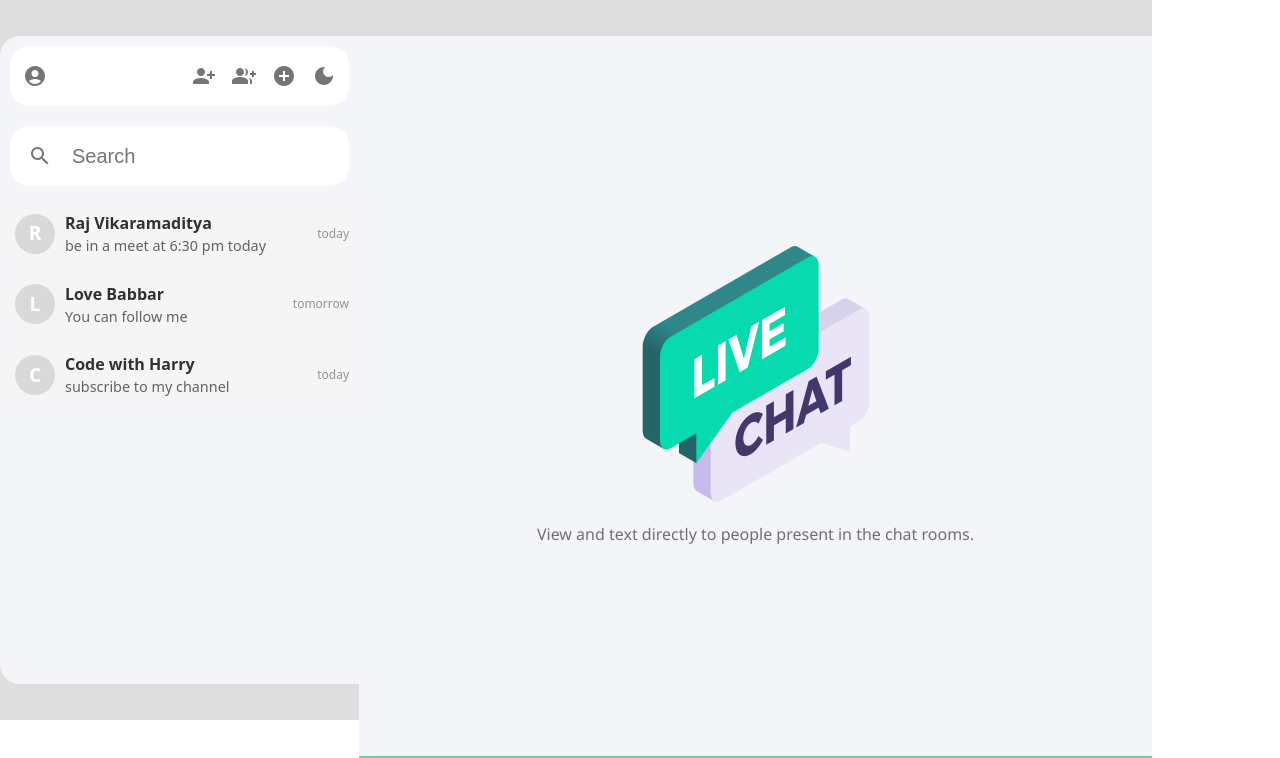
Repository: rahul-chakradhari/chat_app
Page: /
These files come from the project's save history. The page is drawn as it stood at one moment and after the next save; the edit follows.
The browser window is 1280 px wide. The pictures show the whole page.
The project was rebuilt for these pictures with package versions that can differ from the ones it lists, and the page was loaded fresh each time. Also part of the build but not shown: vite.config.js, src/components/Messagebyme.jsx, src/components/Messagebyothers.jsx, src/components/Chatarea.jsx.

Above is the page before, as saved 2025-02-28 19:05:28.

### index.html
<!DOCTYPE html>
<html lang="en">
  <head>
    <meta charset="UTF-8" />
    <link rel="icon" href="./live-chat.png" />

    <meta name="viewport" content="width=device-width, initial-scale=1.0" />
    <title>Vite + React</title>
  </head>
  <body>
    <div id="root"></div>
    <script type="module" src="/src/main.jsx"></script>
  </body>
</html>

### src/App.jsx
import "./App.css";
import Maincontainer from "./components/Maincontainer";

function App() {
  return (
    <div className="App">
      <Maincontainer />
    </div>
  );
}

export default App;

### src/App.css
* {
  margin: 0;
}
.App {
  background-color: #dddedd;
  min-height: 100vh;
  display: flex;
  justify-content: center;
  align-items: center;
}

### src/components/Maincontainer.jsx
import "./Mystyles.css";
import Sidebar from "./Sidebar";
import Chatarea from "./Chatarea";
import Welcome from "./Welcome";

const Maincontainer = () => {
  return (
    <div className="main">
      <Sidebar />
      <Welcome />
      {/*<Chatarea />*/}
    </div>
  );
};

export default Maincontainer;

### src/components/Mystyles.css
.main {
  background-color: #f4f5f8;
  height: 90vh;
  width: 90vw;
  display: flex;
  border-radius: 20px;
}
.side {
  flex: 0.3;
  display: flex;
  flex-direction: column;
}
.chat {
  background-color: aliceblue;
  flex: 0.7;
}
.headers {
  background-color: white;
  border-radius: 20px;
  padding: 10px 5px;
  margin: 10px;
  display: flex;
  justify-content: space-between;
}
.search {
  background-color: white;
  border-radius: 20px;
  padding: 10px 10px;
  margin: 10px;
  display: flex;
  align-items: center;
}
.box {
  outline-width: 0;
  border: none;
  font-size: 1.25rem;
  margin-left: 10px;
}
.conver {
  background-color: white;
  border-radius: 20px;
  padding: 10px 5px;
  margin: 10px;
  flex: 1;
}
.conversationitem {
  display: flex;
  align-items: center; /* Items ko vertical center align karega */
  gap: 10px; /* Icon aur text ke beech gap */
  padding: 10px;
  margin: 5px;
  border-radius: 20px;
  background-color: #f5f5f5; /* Light background */
  width: 100%;
  overflow: scroll;
}
.conversationitem::-webkit-scrollbar {
  display: none;
}

.icon {
  display: flex;
  justify-content: center;
  align-items: center;
  background-color: #d9d9d9;
  font-size: 1.2rem;
  font-weight: bold;
  color: white;
  height: 40px;
  width: 40px;
  border-radius: 50%;
  flex-shrink: 0; /* Icon ka size maintain rahega */
}

.conversation-text {
  display: flex;
  flex-direction: column;
  flex-grow: 1; /* Ye ensure karega ki text area full width le */
}

.title {
  font-weight: bold;
  font-size: 1rem;
  color: rgba(0, 0, 0, 0.8);
}

.message {
  font-size: 0.9rem;
  color: rgba(0, 0, 0, 0.6);
}

.time {
  margin-right: 25px;
  font-size: 0.75rem;
  color: rgba(0, 0, 0, 0.4);
  flex-shrink: 0; /* Time ka size fix rahe */
}
.chat {
  display: flex;
  flex-direction: column;
  flex: 0.7;
}
.chattingwith {
  background-color: green;
}
.mess {
  background-color: aquamarine;
  flex-grow: 1;
}
.inputbox {
  background-color: green;
}
.trash {
  color: black;
}
.chat {
  display: flex;
  flex-direction: column;
  flex: 0.7;
}

.chat-header {
  display: flex;
  justify-content: space-between;
  align-items: center;
  padding: 10px;
  background: white;
  border-bottom: 1px solid #ddd;
}
.avatar {
  border-color: #d9d9d9;
  color: white;
}
.chat-info {
  display: flex;
  align-items: center;
}

.chat-info .avatar {
  width: 40px;
  height: 40px;
  border-radius: 50%;
  background: #bbb;
  display: flex;
  justify-content: center;
  align-items: center;
  font-weight: bold;
  margin-right: 10px;
}

.trash {
  color: black;
}

.mess {
  flex-grow: 1;
  padding: 20px;
  background: #f5f5f5;
}

.inputbox {
  padding: 10px;
  border-top: 1px solid #ddd;
  background: white;
}

.inputbox input {
  width: 100%;
  padding: 8px;
  border: none;
  outline: none;
}
.name-time {
  display: flex;
  flex-direction: column;
  align-items: flex-start; /* Left-align text properly */
}

.niche {
  font-size: 12px;
  color: gray;
  margin: 2px 0 0 3px;
  margin-top: 2px;
  margin-right: 12px;
  /* 👈 Adjust left margin properly */
  padding-right: 42px; /* 🔹 Slight padding for spacing */
}
.inputbox {
  display: flex;
  justify-content: center;
}
.othertextcontent,
.con-icon {
  width: 200px; /* Box ka width */
  height: auto; /* Height content ke according adjust hogi */
  font-size: 16px; /* Text size change karne ke liye */
  padding: 10px; /* Text aur border ke beech space ke liye */
  background-color: aquamarine; /* Light gray background */
  border-radius: 10px; /* Rounded corners */
  margin-left: 750px;
}
.selfmessagecontainer {
  width: 200px; /* Box ka width */
  height: auto; /* Height content ke according adjust hogi */
  font-size: 16px; /* Text size change karne ke liye */
  padding: 10px; /* Text aur border ke beech space ke liye */
  background-color: lightsalmon; /* Light gray background */
  border-radius: 10px; /* Rounded corners */
}
.mess {
  height: 500px;
  overflow-y: auto;
  display: flex;
  flex-direction: column;
}
.mess::-webkit-scrollbar {
  display: none;
}
.welcome {
  height: 100vh;
  flex: 0.7;
  display: flex;
  flex-direction: column;
  justify-content: center;
  align-items: center;
  gap: 20px;
  font-family: "Segoe UI", Tahoma, Geneva, Verdana, sans-serif;
  color: rgba(0, 0, 0, 0.54);
  border-bottom: 2px solid #63d7b0;
  background-color: #f4f5f8;
  margin-bottom: 142px;
}
.logo {
  height: 20vw;
  margin-bottom: 20 px;
}

### src/components/Sidebar.jsx
import { useState } from "react";
import AccountCircleIcon from "@mui/icons-material/AccountCircle";
import PersonAddAlt1Icon from "@mui/icons-material/PersonAddAlt1";
import GroupAddIcon from "@mui/icons-material/GroupAdd";
import AddCircleIcon from "@mui/icons-material/AddCircle";
import DarkModeIcon from "@mui/icons-material/DarkMode";
import SearchIcon from "@mui/icons-material/Search";
import Conversationitem from "./Conversationitem";
import "./Mystyles.css";
import { IconButton } from "@mui/material";

const Sidebar = () => {
  const [conversations, setConversations] = useState([
    {
      id: 1,
      name: "Raj Vikaramaditya",
      lastMessage: "be in a meet at 6:30 pm today",
      timeStamp: "today",
    },
    {
      id: 2,
      name: "Love Babbar",
      lastMessage: "You can follow me ",
      timeStamp: "tomorrow",
    },
    {
      id: 3,
      name: "Code with Harry",
      lastMessage: "subscribe to my channel",
      timeStamp: "today",
    },
  ]);

  return (
    <div className="side">
      <div className="headers">
        <div>
          <IconButton>
            <AccountCircleIcon />
          </IconButton>
        </div>
        <div>
          <IconButton>
            <PersonAddAlt1Icon />
          </IconButton>
          <IconButton>
            <GroupAddIcon />
          </IconButton>
          <IconButton>
            <AddCircleIcon />
          </IconButton>
          <IconButton>
            <DarkModeIcon />
          </IconButton>
        </div>
      </div>

      <div className="search">
        <IconButton>
          <SearchIcon />
        </IconButton>
        <input placeholder="Search" className="box" />
      </div>

      <div className="conversation">
        {conversations.map((conversation) => (
          <Conversationitem key={conversation.id} {...conversation} />
        ))}
      </div>
    </div>
  );
};

export default Sidebar;

### src/components/Welcome.jsx
import logo from "./images/live-chat.png";
const Welcome = () => {
  return (
    <div className="welcome">
      <img src={logo} alt="" className="logo" />
      <p>View and text directly to people present in the chat rooms.</p>
    </div>
  );
};

export default Welcome;

### src/components/Conversationitem.jsx
const Conversationitem = (props) => {
  return (
    <div className="conversationitem">
      <p className="icon">{props.name[0]}</p>
      <div className="conversation-text">
        <p className="title">{props.name}</p>
        <p className="message">{props.lastMessage}</p>
      </div>
      <p className="time">{props.timeStamp}</p>
    </div>
  );
};

export default Conversationitem;

Loaded but not shown: src/main.jsx (common file); src/index.css (common file)

After the next save:
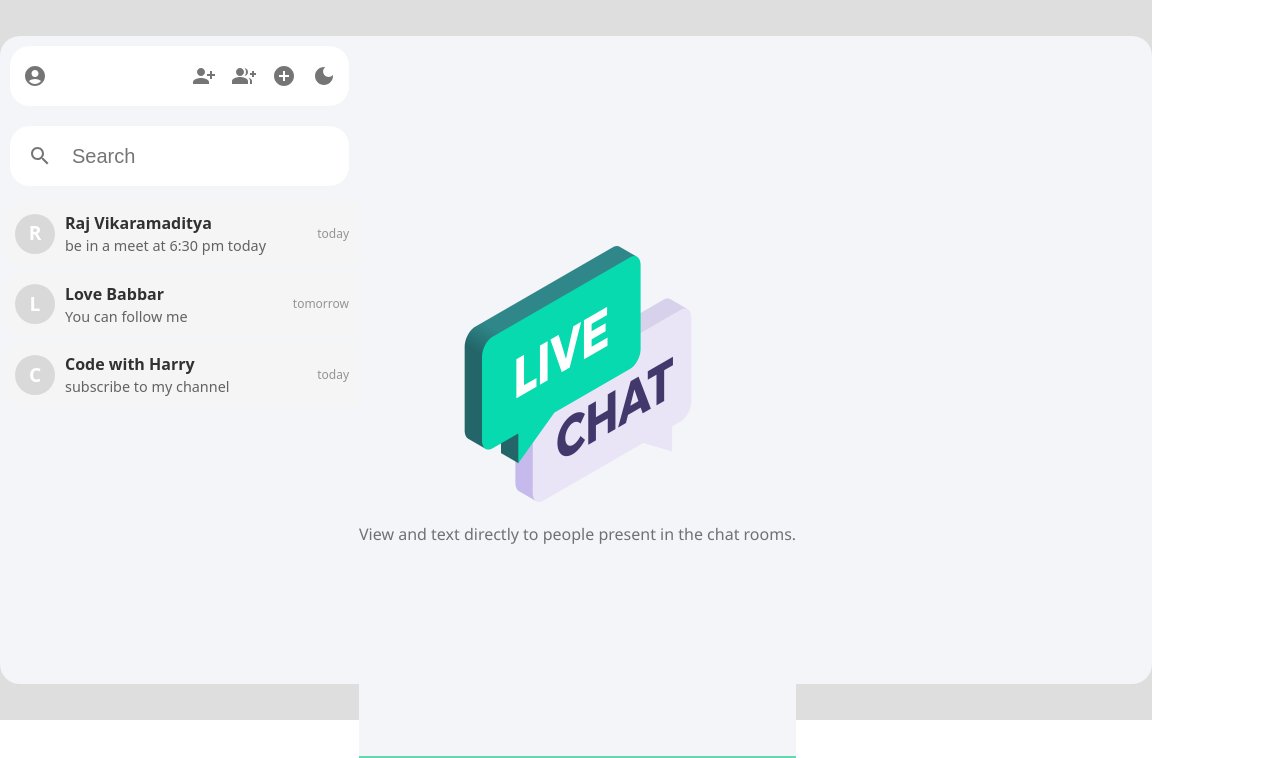
Saved 86 s later.
--- a/src/components/Mystyles.css
+++ b/src/components/Mystyles.css
@@ -218,7 +218,6 @@
 }
 .welcome {
   height: 100vh;
-  flex: 0.7;
   display: flex;
   flex-direction: column;
   justify-content: center;

After the save that followed:
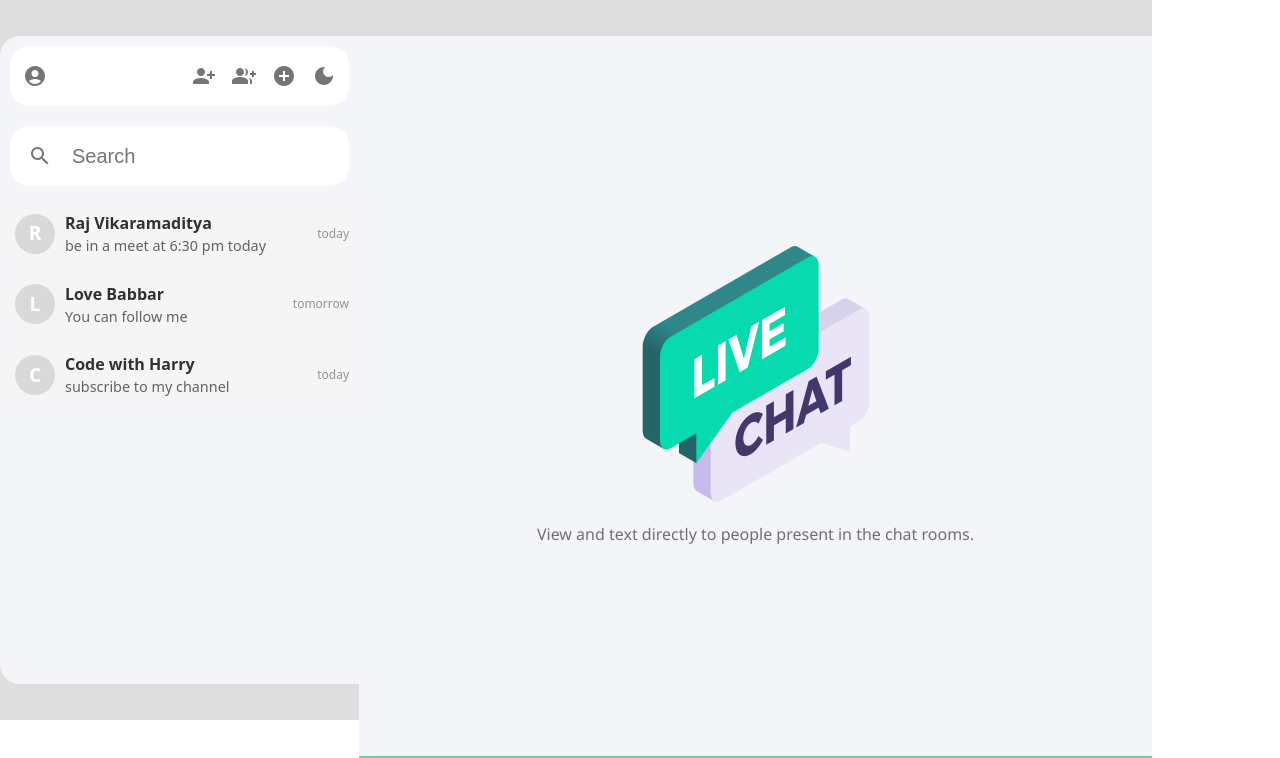
Saved 7 s later.
--- a/src/components/Mystyles.css
+++ b/src/components/Mystyles.css
@@ -218,6 +218,7 @@
 }
 .welcome {
   height: 100vh;
+  flex: 0.7;
   display: flex;
   flex-direction: column;
   justify-content: center;
